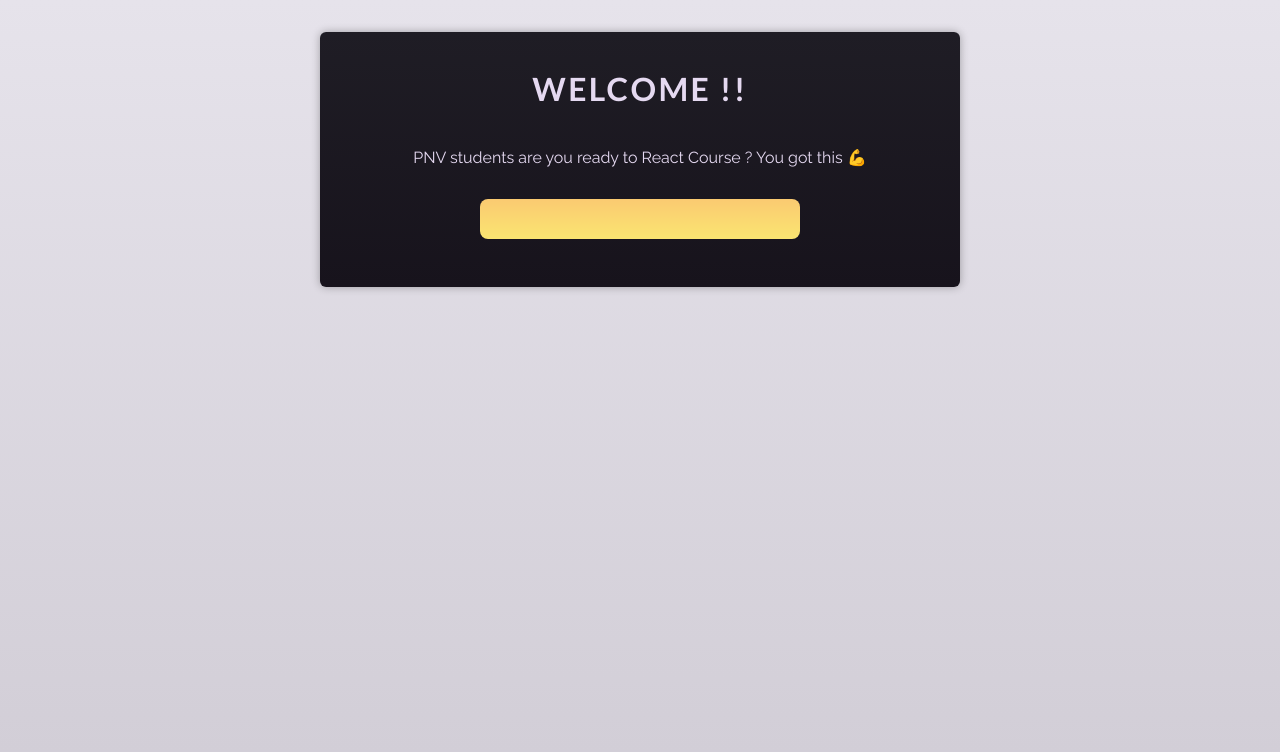
Repository: SoutPanhavon168/S2---PRACTICE---Props---List-display
Page: / (app in exercise-1/)
An editor plug-in stored every save of this project. The page is shown before and after the next save, followed by the edit.
The browser window is 1280 px wide. The pictures show the whole page.
The project was rebuilt for these pictures with package versions that can differ from the ones it lists, and the page was loaded fresh each time. Also part of the build but not shown: exercise-1/vite.config.js.

Above is the page before, as saved 2025-02-27 13:56:40.

After the next save:
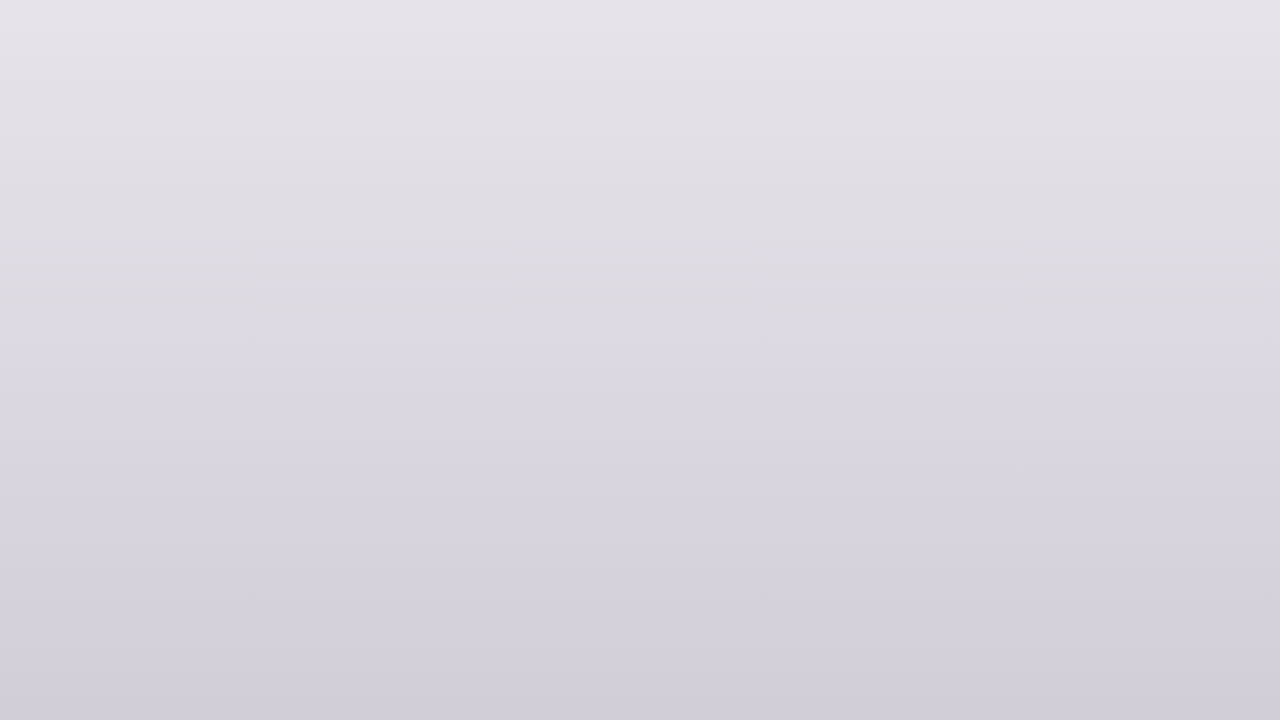
Console error: ReferenceError: firstName is not defined
Saved 13 s later.
--- a/exercise-1/src/App.jsx
+++ b/exercise-1/src/App.jsx
@@ -22,7 +22,7 @@
     <div id="app">
       <h1>WELCOME !!</h1>
       <p>PNV students are you ready to React Course ? You got this 💪</p>
-      <User />
+      <User firstName={firstName}/>
     </div>
   );
 }

After the 3 saves that followed:
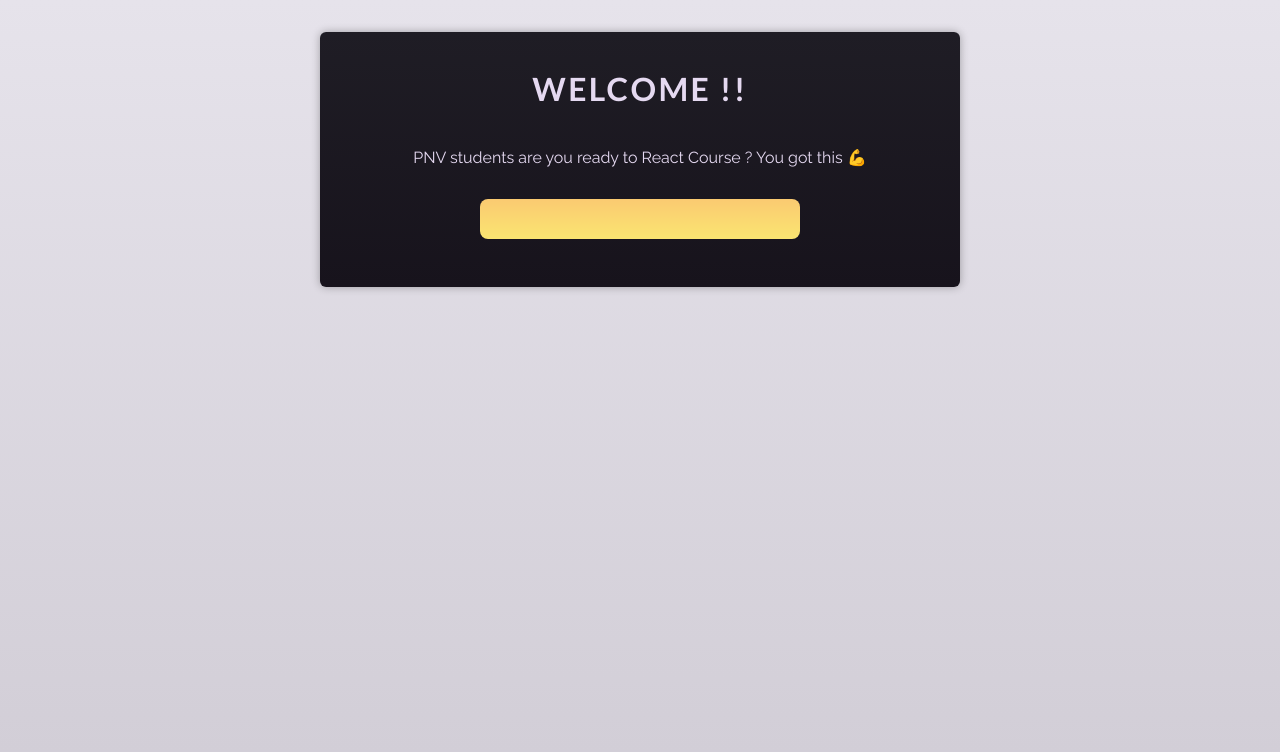
The error is gone.
The 3 saves are shown as one change because they came seconds apart.
The last was saved 10 s later.
--- a/exercise-1/src/App.jsx
+++ b/exercise-1/src/App.jsx
@@ -22,7 +22,7 @@
     <div id="app">
       <h1>WELCOME !!</h1>
       <p>PNV students are you ready to React Course ? You got this 💪</p>
-      <User firstName={firstName}/>
+      <User firstName={User.firstName}/>
     </div>
   );
 }
